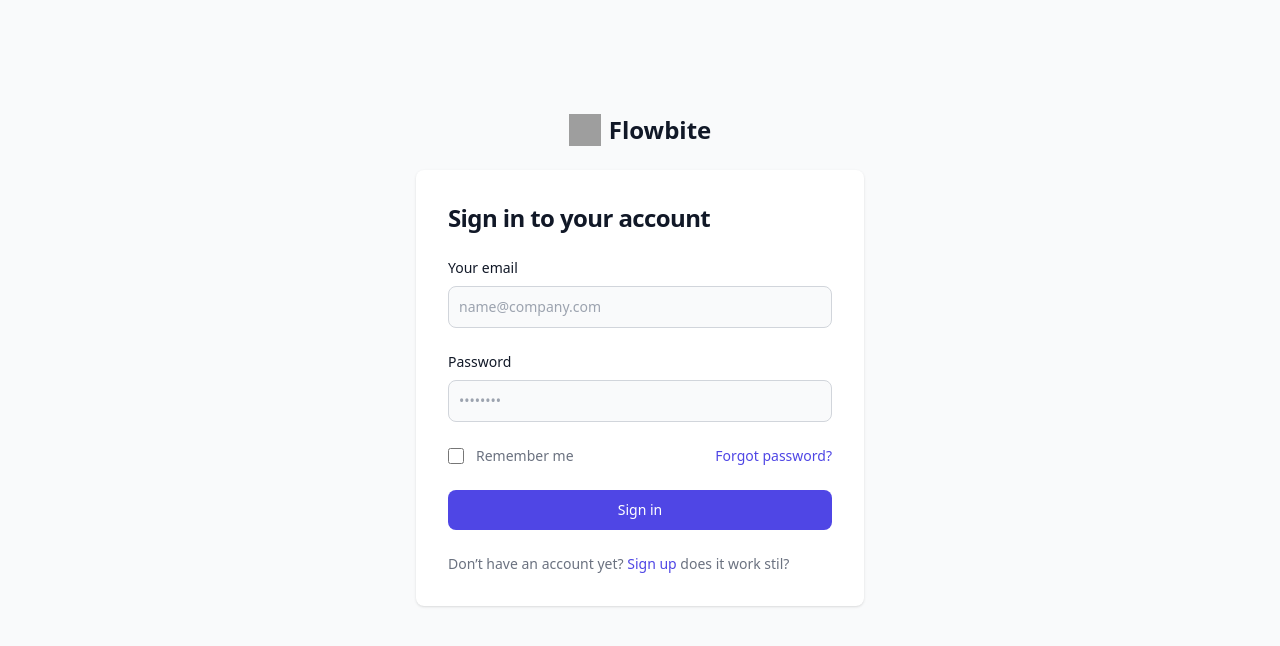
Repository: Narain-Singaram/Coreverse-SMP-Project
Page: http://localhost/account/login.php
These files come from the project's save history. The page is drawn as it stood at one moment and after the next save; the edit follows.
The browser window is 1280 px wide. The pictures show the whole page.
Pictures or frames that could not be fetched are drawn as grey boxes. Some web libraries are served in a nearby version. The page is run by PHP 8.4 with error messages shown; the project is at /var/www/html/.

Above is the page before, as saved 2022-11-05 23:40:10.

After the next save:
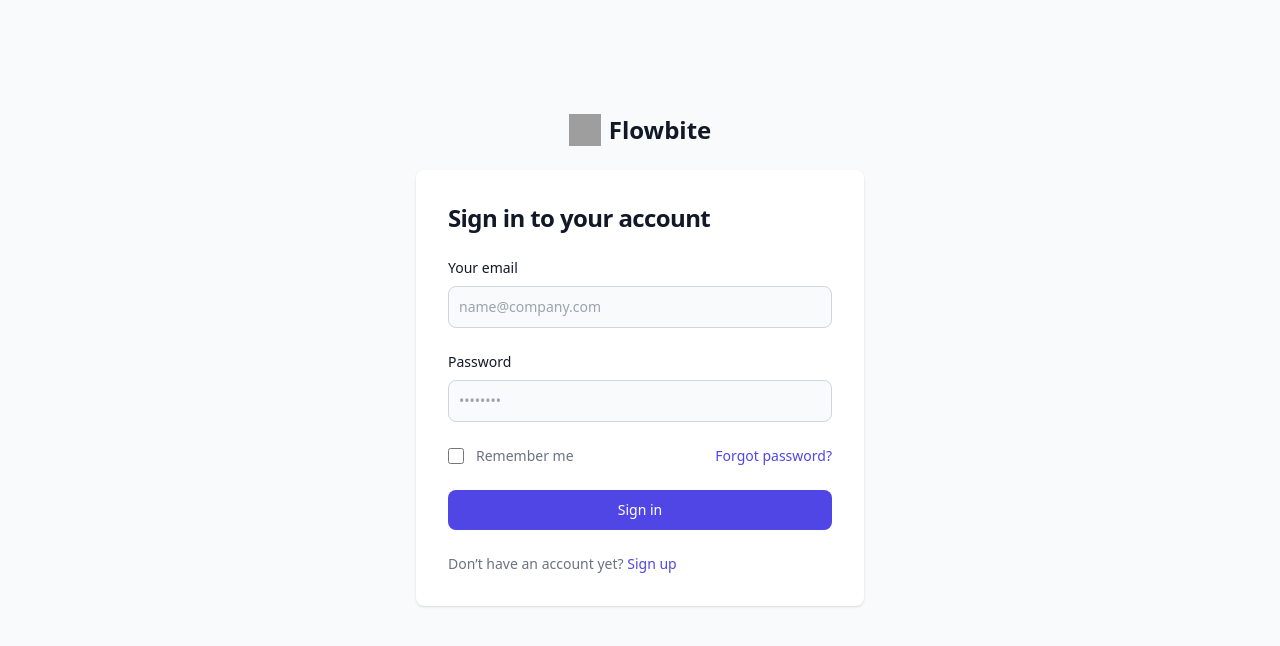
Saved 2 min 16 s later.
--- a/account/login.php
+++ b/account/login.php
@@ -31,10 +31,7 @@
                     </div>
                     <button type="submit" class="w-full text-white bg-indigo-600 hover:bg-indigo-700 focus:ring-4 focus:outline-none focus:ring-indigo-300 font-medium rounded-lg text-sm px-5 py-2.5 text-center">Sign in</button>
                     <p class="text-sm font-light text-gray-500">
-                        Don’t have an account yet? <a href="#" class="font-medium text-indigo-600 hover:underline">Sign up</a>     <?php
-    echo 'does it work stil?';
-    ?>
-
+                        Don’t have an account yet? <a href="#" class="font-medium text-indigo-600 hover:underline">Sign up</a>
                     </p>
                 </form>
             </div>

After the save that followed:
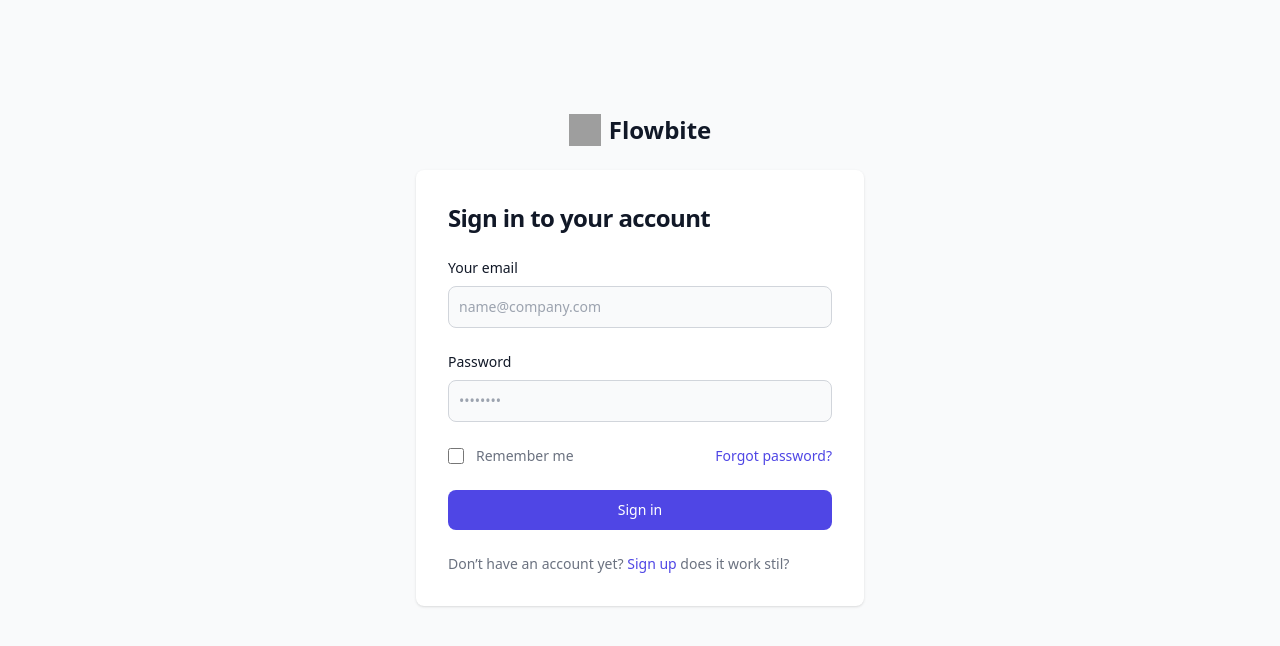
Saved 5 s later.
--- a/account/login.php
+++ b/account/login.php
@@ -31,7 +31,10 @@
                     </div>
                     <button type="submit" class="w-full text-white bg-indigo-600 hover:bg-indigo-700 focus:ring-4 focus:outline-none focus:ring-indigo-300 font-medium rounded-lg text-sm px-5 py-2.5 text-center">Sign in</button>
                     <p class="text-sm font-light text-gray-500">
-                        Don’t have an account yet? <a href="#" class="font-medium text-indigo-600 hover:underline">Sign up</a>
+                        Don’t have an account yet? <a href="#" class="font-medium text-indigo-600 hover:underline">Sign up</a>     <?php
+    echo 'does it work stil?';
+    ?>
+
                     </p>
                 </form>
             </div>
